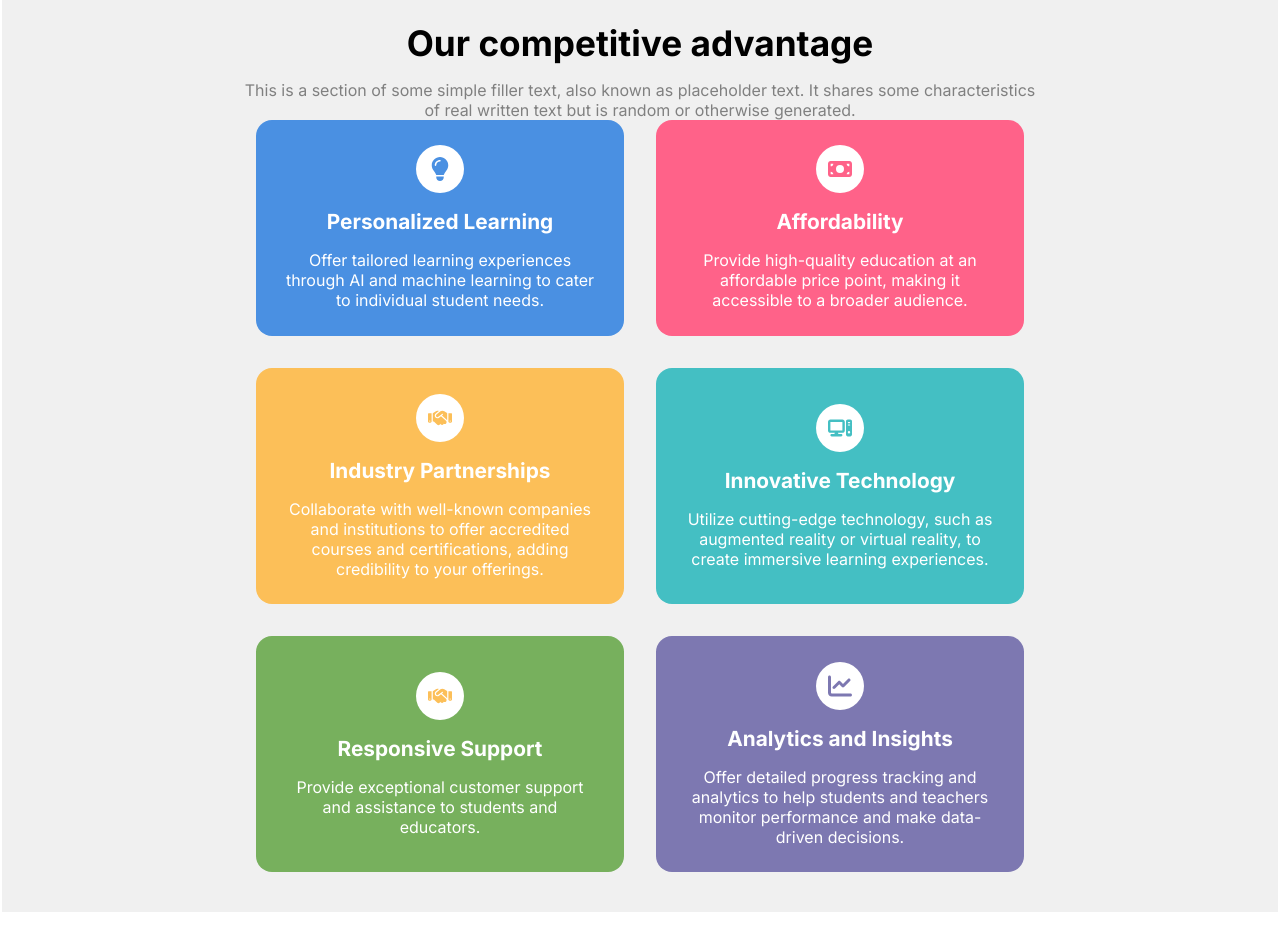
Repository: Vaibhav979/StudySync-FrontEnd-Project
Page: index.html
These files come from the project's save history. The page is drawn as it stood at one moment and after the next save; the edit follows.
The browser window is 1280 px wide. The pictures show the part of the page from y = 874 to 1826 px (the page is 1806 px tall before and 1826 px after).
A picture or video elsewhere on the page could not be fetched, so the positions and the page height are approximate.

Above is the page before, as saved 2025-04-17 23:15:27.

### index.html
<!DOCTYPE html>
<html lang="en">

<head>
    <meta charset="UTF-8">
    <meta name="viewport" content="width=device-width, initial-scale=1.0">
    <title>Document</title>
    <link rel="stylesheet" href="styles.css">
</head>

<body>
    <div class="header">
        <header class="header-content">
            <a href="#logo" class="logo">
                <img src="/images/StudySyn.svg" alt="" class="logo-icon">
                <span class="logo-text">StudySync</span>
            </a>

            <nav class="nav">
                <a href="#home" class="nav-link">Home</a>
                <a href="#features" class="nav-link">Features</a>
                <a href="#pricing" class="nav-link">Pricing</a>
                <a href="#blog" class="nav-link">Blog</a>
                <a href="#about" class="nav-link">About</a>
            </nav>

            <a href="#contact" class="contact-button">
                Contact Us
            </a>

            <button type="button" class="menu-button">
                <img src="/images/Hamburger.svg" alt="" class="menu-icon">
            </button>
        </header>
    </div>

    <div class="content">
        <section class="main-section">
            <div class="content-left">
                <p class="section-label">Very proud to introduce</p>
                <h1 class="section-title">Seamless Learning for Brighter Futures</h1>
                <p class="section-description">Our innovative platform offers an effortless and seamless approach to
                    learning, empowering students of all ages to achieve brighter futures. Join us on a transformative
                    journey to simplify education and unlock your full potential.
                </p>
                <div class="button-group">
                    <a href="#start" class="start-button">Start Now</a>
                    <a href="#tour" class="tour-button">Take Tour</a>
                </div>
            </div>

            <div class="content-right">
                <div class="image-container">
                    <img class="section-image" src="/images/usgs-hoS3dzgpHzw-unsplash.jpg" alt="">
                </div>
            </div>
        </section>
    </div>

    <div class="company-container">
        <h2 class="company-title">Trusted by the best</h2>
        <div class="company-grid">
            <div class="company-logo">
                <img src="/images/Google.svg" alt="" class="svg-img">
                <span class="logo-txt">Google</span>
            </div>
            <div class="company-logo"><img src="/images/Microsoft.svg" alt="" class="svg-img">
                <span class="logo-txt">Microsoft</span>
            </div>
            <div class="company-logo"><img src="/images/linkedin.svg" alt="" class="svg-img">
                <span class="logo-txt">LinkedIn</span>
            </div>
            <div class="company-logo"><img src="/images/VectorEdu.svg" alt="" class="svg-img">
                <span class="logo-txt">VectorEdu</span>
            </div>
        </div>
    </div>

    <div class="feature-container">
        <div class="feature-content">
            <div class="main-info">
                <h2 class="main-title">Our competitive advantage</h2>
                <p class="main-description">This is a section of some simple filler text, also known as placeholder
                    text. It shares some
                    characteristics of real written text but is random or otherwise generated.</p>
            </div>
            <!-- cards -->
            <div class="feature-grid">
                <!--card1-->
                <div class="feature-card">
                    <div class="icon-container">
                        <img class="feature-svg" src="./images/PersonalizedLearn.svg" />
                    </div>
                    <div class="feature-info">
                        <div class="feature-title">Personalized Learning</div>
                        <div class="feature-description">Offer tailored learning experiences through AI and machine
                            learning to cater to individual student needs.</div>
                    </div>
                </div>
                <!--card2-->
                <div class="feature-card">
                    <div class="icon-container">
                        <img class="feature-svg" src="./images/Affordability.svg" />
                    </div>
                    <div class="feature-info">
                        <div class="feature-title">Affordability</div>
                        <div class="feature-description">Provide high-quality education at an affordable price point,
                            making it accessible to a broader audience.</div>
                    </div>
                </div>
                <!--card3-->
                <div class="feature-card">
                    <div class="icon-container">
                        <img class="feature-svg" src="./images/IndustryPatner.svg" />
                    </div>
                    <div class="feature-info">
                        <div class="feature-title">Industry Partnerships</div>
                        <div class="feature-description">Collaborate with well-known companies and institutions to offer
                            accredited courses and certifications, adding credibility to your offerings.</div>
                    </div>
                </div>
                <!--card4-->
                <div class="feature-card">
                    <div class="icon-container">
                        <img class="feature-svg" src="./images/InnovativeTech.svg" />
                    </div>
                    <div class="feature-info">
                        <div class="feature-title">Innovative Technology</div>
                        <div class="feature-description">Utilize cutting-edge technology, such as augmented reality or
                            virtual reality, to create immersive learning experiences.</div>
                    </div>
                </div>
                <!--card5-->
                <div class="feature-card">
                    <div class="icon-container">
                        <img class="feature-svg" src="./images/IndustryPatner.svg" />
                    </div>
                    <div class="feature-info">
                        <div class="feature-title">Responsive Support</div>
                        <div class="feature-description">Provide exceptional customer support and assistance to students
                            and educators.</div>
                    </div>
                </div>
                <!-- card 6 -->
                <div class="feature-card">
                    <div class="icon-container">
                        <img class="feature-svg" src="./images/Analytics.svg" />
                    </div>
                    <div class="feature-info">
                        <div class="feature-title">
                            Analytics and Insights
                        </div>
                        <div class="feature-description">
                            Offer detailed progress tracking and analytics to help students and teachers monitor
                            performance and make data-driven decisions.
                        </div>
                    </div>
                </div>
            </div>
        </div>
    </div>

    <div class="testimonial-container">
        <div class="tesitmonial-content">
            <div class="testimonial-grid">
                <div class="testimonial-card">
                    <div class="testimonial-text">
                    </div>
                    <div class="testimonial-avatar">
                        <img src="" alt="">
                    </div>
                </div>
            </div>
        </div>
    </div>
</body>

</html>

### styles.css
@import url("https://fonts.googleapis.com/css2?family=Inter:wght@100;200;400;500;600;700&display=swap");

:root {
  --primary-color: #6366f1;
  --accent-color: #3f83f8;
  --text-color: #333333;
  --link-color: #2563eb;
  --background-color: #ffffff;
  --light-gray: #f0f0f0;
  --gray: #808080;
  --dark-gray: #555;
}

* {
  margin: 0;
  padding: 0;
  font-family: "Inter", sans-serif;
  text-decoration: none;
}

body {
  height: 100vh;
  text-align: center;
  background-color: var(--background-color);
  padding: 0.1rem;
  /* align-items: center; */
}

header {
  display: flex;
  justify-content: space-between;
  align-items: center;
  max-width: 1280px;
  margin: 0 auto;
  padding: 0.5rem;
}

.header {
  /* border: 1px solid black; */
}

.logo {
  display: flex;
  align-items: center;
  font-size: 1.5rem;
  font-weight: bold;
  text-decoration: none;
  gap: 0.625rem;
}

.logo-icon {
  height: 5.875rem;
  width: 1.938rem;
}

.logo-text {
  font-size: 2rem;
  font-weight: bold;
}

.nav {
  display: none;
  gap: 1.5rem;
}

@media screen and (min-width: 768px) {
  .nav {
    display: flex;
  }
}

.nav-link {
  color: #718096;
  font-size: 1.25rem;
  font-weight: 600;
  transform: color 0.1s;
}

.nav-link:hover {
  color: var(--link-color);
}

.contact-button {
  display: none;
  border: none;
  border-radius: 0.375rem;
  background-color: var(--primary-color);
  color: var(--background-color);
  transform: all 0.1s;
  padding: 0.75rem 1.5rem;
}

@media screen and (min-width: 768px) {
  .contact-button {
    display: block;
  }
}

.contact-button:hover {
  background-color: #5254f8;
}

.menu-button {
  display: none;
  border: none;
  border-radius: 0.375rem;
}

@media screen and (max-width: 768px) {
  .menu-button {
    display: block;
  }
}

.menu-icon {
  height: 1.5rem;
  width: 1.5rem;
}

.main-section {
  display: flex;
  max-width: 1280px;
  flex-direction: column;
  gap: 2rem;
  padding: 0.6rem;
  align-items: center;
  margin: 0 auto;
}

.content-left {
  text-align: center;
  animation: slideFromLeft 1s ease forwards;
  opacity: 0;
}

@keyframes slideFromLeft {
  0% {
    opacity: 0;
    transform: translateX(-100px);
  }

  100% {
    opacity: 1;
    transform: translateX(0);
  }
}

.section-label {
  font-size: 1.15rem;
  font-weight: 600;
  color: var(--primary-color);
}

.section-title {
  font-size: 2.3rem;
  padding: 1.1rem;
  color: var(--text-color);
}

.section-description {
  color: var(--gray);
  font-size: 1.13rem;
}

.button-group {
  display: flex;
  gap: 2rem;
  padding: 1rem;
  margin-top: 1rem;
  align-items: center;
  justify-content: center;
}

.start-button,
.tour-button {
  /* margin: 2rem; */
  border: none;
  border-radius: 0.375rem;
  background-color: var(--primary-color);
  color: var(--background-color);
  transform: all 0.1s;
  padding: 0.75rem 1.5rem;
  font-size: 1rem;
  font-weight: 600;
}

.tour-button {
  background-color: var(--dark-gray);
}

.start-button:hover {
  background-color: var(--link-color);
}

.tour-button:hover {
  background-color: var(--light-gray);
}

.content-right {
  display: flex;
  align-items: center;
  justify-content: center;
}

.image-container {
  border: none;
  border-radius: 1.225rem;
  overflow: hidden;
  box-shadow: 0px 4px 8px rgba(0, 0, 0, 0.1);
  height: 50vh;
  /* width: 60vw; */
}

.section-image {
  height: 100%;
  width: 100%;
}

@media screen and (min-width: 768px) {
  .main-section {
    flex-direction: row;
  }

  .content-left {
    max-width: 50%;
    text-align: left;
  }

  .section-title {
    padding-left: 0;
  }

  .button-group {
    justify-content: start;
    padding-left: 0;
  }

  .section-label {
    font-size: 1rem;
  }

  .section-title {
    font-size: 3.8rem;
  }

  .image-container {
    height: 67vh;
  }

  .section-description {
    font-size: 1.1rem;
    color: var(--gray);
    width: 78%;
  }
}

.company-container {
  display: flex;
  flex-direction: column;
  justify-content: center;
  align-items: center;
  margin-top: 2rem;
  animation: slideFromLeft 1s ease forwards;
}

.company-grid {
  margin-top: 2rem;
  display: grid;
  grid-template-columns: repeat(2, 1fr);
  gap: 3rem;
  padding: 1.8rem 2.5rem;
  background-color: var(--light-gray);
  margin-bottom: 2rem;
  border: none;
  border-radius: 0.625rem;
}

.company-logo {
  font-size: 1rem;
  font-weight: 500;
  color: var(--gray);
  display: flex;
  gap: 0.5rem;
}

.svg-img {
  height: 40px;
}

.logo-txt {
  font-size: 1rem;
}

@media screen and (min-width: 640px) {
  .company-grid {
    grid-template-columns: repeat(4, 1fr);
  }

  .company-title {
    font-size: 2.5rem;
    font-weight: bold;
  }
}

.feature-container {
  background-color: var(--light-gray);
  padding: 2.5rem 0;
  text-align: center;
}

.feature-content {
  max-width: 800px;
  margin: 0 auto;
  padding: 0 2rem;
}

.main-info {
  display: flex;
  flex-direction: column;
  gap: 1rem;
}

.main-title {
  font-size: 2.2rem;
  font-weight: bold;
}

.main-description {
  color: var(--gray);
  font-size: 1rem;
}

.feature-grid {
  display: grid;
  grid-gap: 2rem;
  grid-template-columns: repeat(2, 1fr);
  margin-top: 1rem;
  margin: 0 1rem;
}

.feature-svg {
  width: 1.5rem;
  height: 1.5rem;
}

.icon-container {
  background-color: var(--background-color);
  height: 3rem;
  width: 3rem;
  border-radius: 50%;
  display: flex;
  justify-content: center;
  align-items: center;
}

.feature-card {
  display: flex;
  justify-content: center;
  align-items: center;
  flex-direction: column;
  background-color: #6d7890;
  padding: 1.6rem;
  border-radius: 1rem;
  gap: 1rem;
}

.feature-info {
  display: flex;
  flex-direction: column;
  gap: 1rem;
}

.feature-title {
  color: white;
  font-weight: bold;
  font-size: 1.3rem;
}

.feature-description {
  color: white;
}

.feature-card:nth-child(1) {
  background-color: #4a90e2;
}

.feature-card:nth-child(2) {
  background-color: #ff6289;
}

.feature-card:nth-child(3) {
  background-color: #fcbf58;
}

.feature-card:nth-child(4) {
  background-color: #44bfc3;
}

.feature-card:nth-child(5) {
  background-color: #77b05d;
}

.feature-card:nth-child(6) {
  background-color: #7d78b1;
}

@media screen and (max-width: 768px) {
  .feature-grid {
    grid-template-columns: repeat(1, 1fr);
  }
}

After the next save:
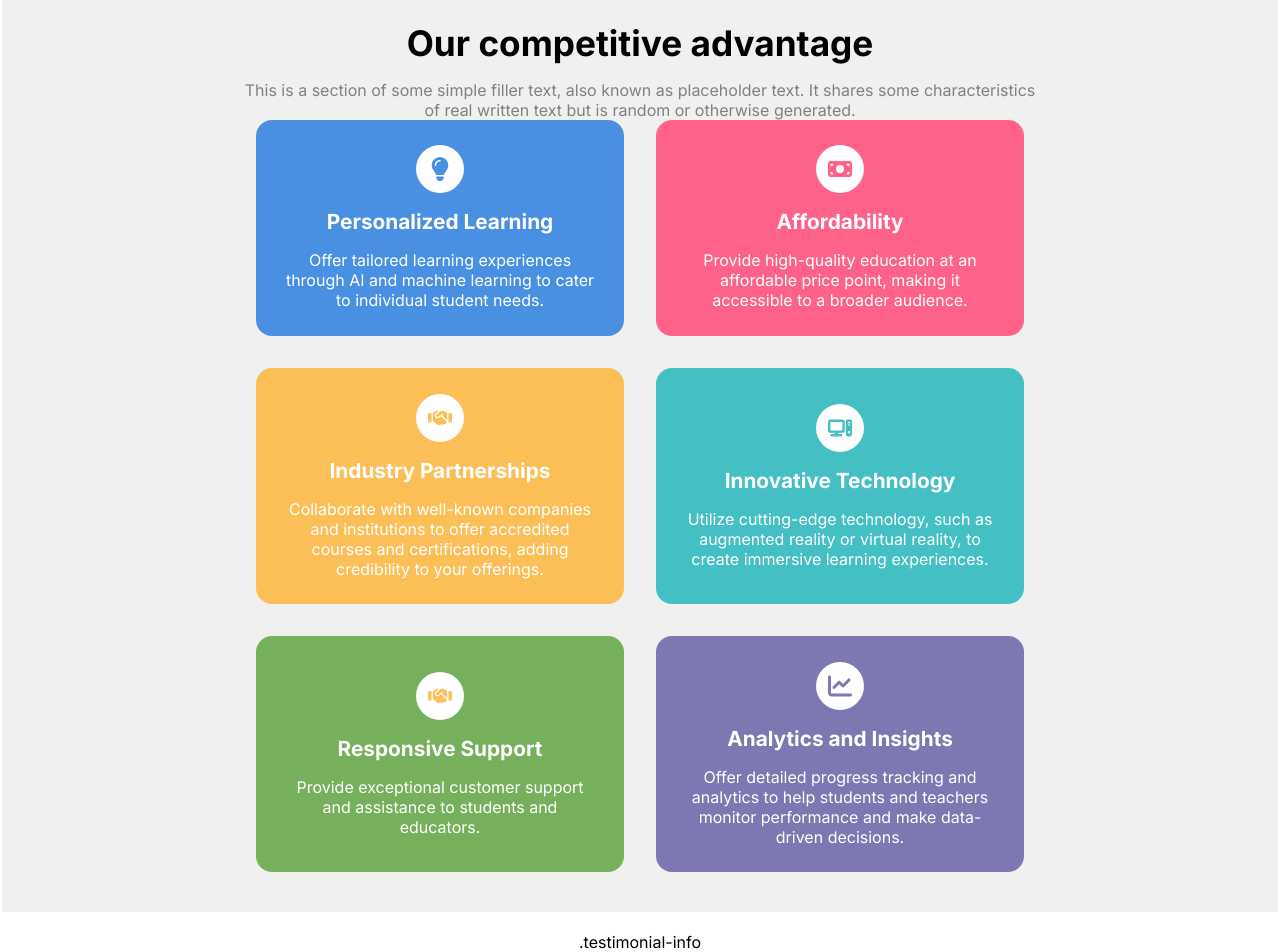
Saved 17 s later.
--- a/index.html
+++ b/index.html
@@ -169,6 +169,7 @@
                     <div class="testimonial-avatar">
                         <img src="" alt="">
                     </div>
+                    .testimonial-info
                 </div>
             </div>
         </div>

After the 2 saves that followed:
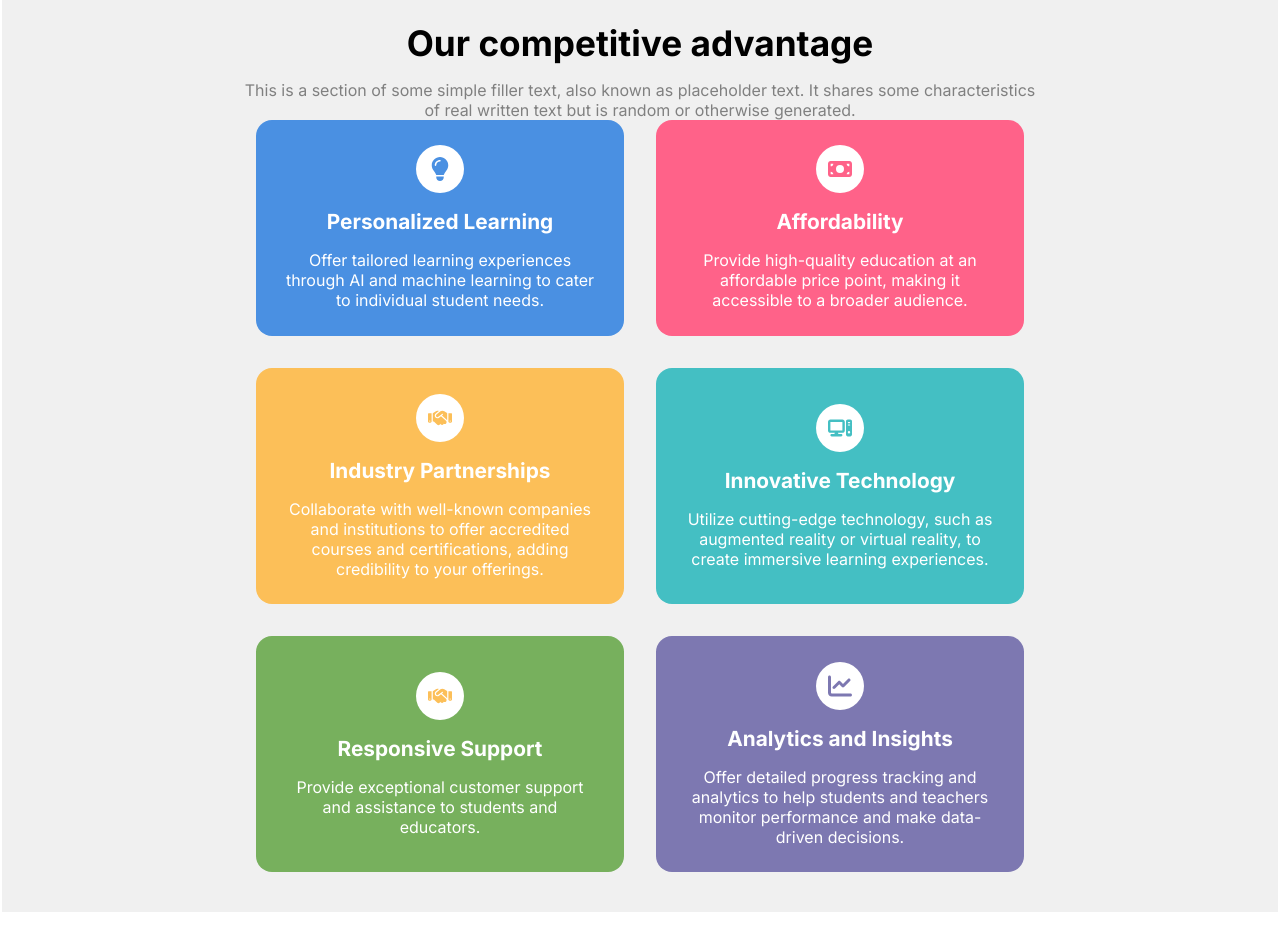
The 2 saves are shown as one change because they came seconds apart.
The last was saved 31 s later.
--- a/index.html
+++ b/index.html
@@ -169,7 +169,9 @@
                     <div class="testimonial-avatar">
                         <img src="" alt="">
                     </div>
-                    .testimonial-info
+                    <div class="testimonial-details">
+
+                    </div>
                 </div>
             </div>
         </div>
